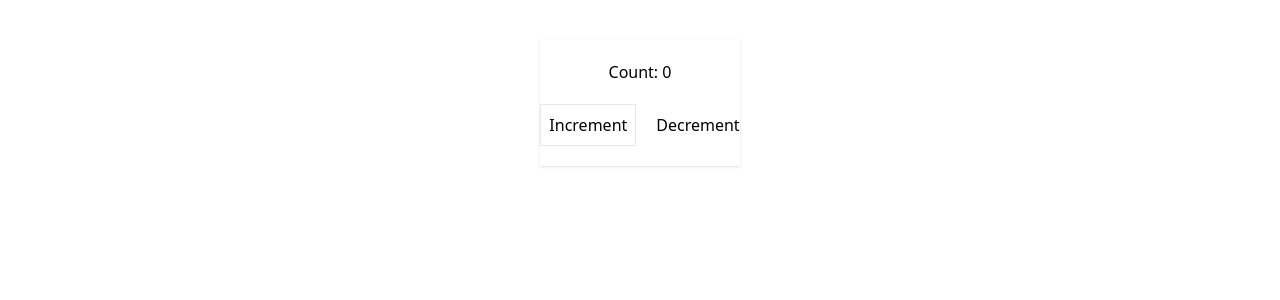
Repository: ngothiep2412/react-redux-course
Page: /
These files come from the project's save history. The page is drawn as it stood at one moment and after a run of saves; the edit follows.
The browser window is 1280 px wide. The pictures show the whole page.
The project was rebuilt for these pictures with package versions that can differ from the ones it lists, and the page was loaded fresh each time. Also part of the build but not shown: src/App.css, src/components/Couter.js.

Above is the page before, as saved 2022-08-08 21:15:08.

After the next 2 saves:
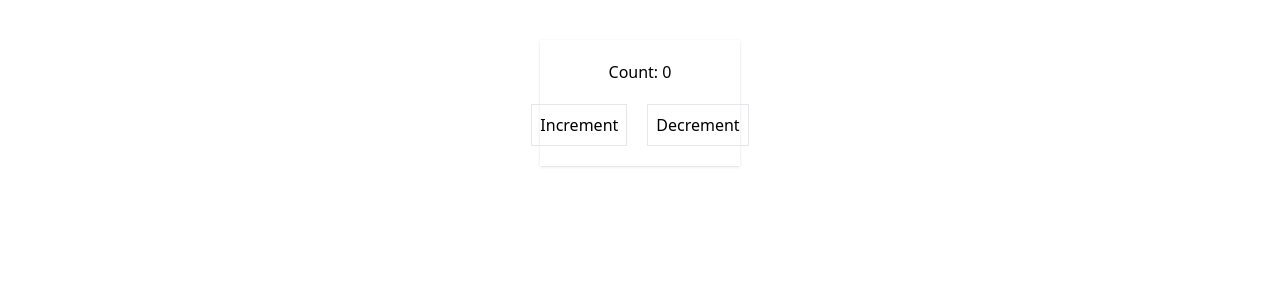
The 2 saves are shown as one change because 1 did not build or start.
The last was saved 8 s later.
--- a/src/App.js
+++ b/src/App.js
@@ -20,7 +20,12 @@ function App() {
         >
           Increment
         </button>
-        <button onClick={decrement}>Decrement</button>
+        <button
+          className="inline-block p-2 border border-gray-200"
+          onClick={decrement}
+        >
+          Decrement
+        </button>
       </div>
     </div>
   );
